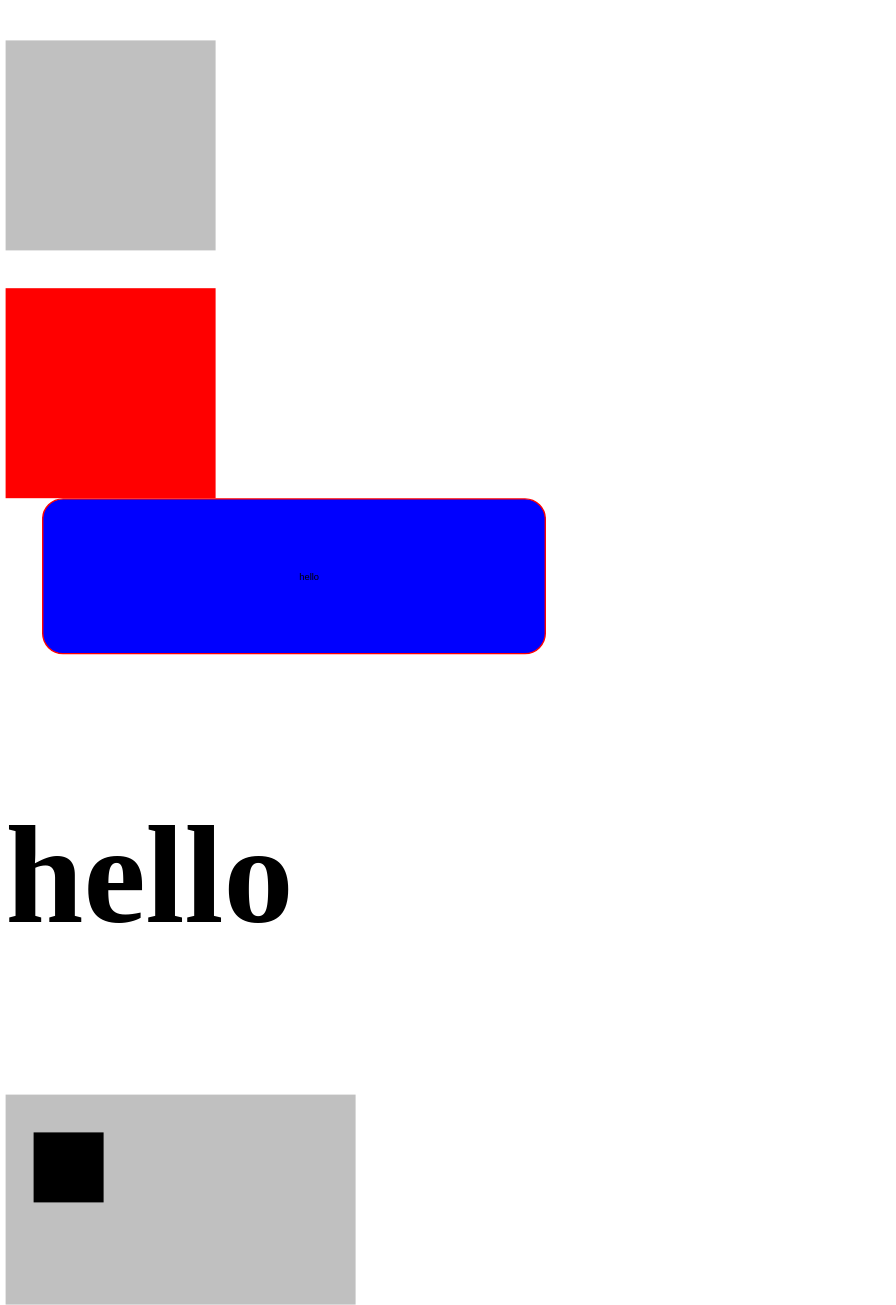
Repository: takahiro0808/kadai2
Page: html/index.html
The author's editor kept a record of every edit. The page is drawn from the files as they stood at one moment, then again after the next edit.
The browser window is 1280 px wide. The pictures show the part of the page from y = 714 to 2634 px (the page is 2578 px tall before and 2634 px after), at 70% of full size.

Above is the page before.

### html/index.html
<!DOCTYPE html>
<html lang="ja">
    <head>
        <meta charset="utf-8">
        <title> Tech Boost </title>
        <link rel="stylesheet" href="css/style.css">
    </head>
    <body>
        <h1 id="title">Hello world!!!</h1>
        <p class="description">cssの入門</p>
    </body>
　　　         <div class="box1"></div>
　　　            <div class="box2"></div>
　　　         <button>
　　　             hello
　　　         </button>
　　　            <p>hello </p>

　　　            <div class="box3">
　　　                 </div>

　　　                <div class="box4">
　　　                </div>

</html>

### html/css/style.css
         #title {
             color : red;
         }

         .description {
             color : blue;
         }

              .box1 {
               background-color: silver;
               width: 300px;
               height: 300px;
               margin-bottom: 30px;
              }

              .box2 {
              background-color: red;
              width: 300px;
              height: 300px;
              }

              button {
                  background-color: blue;
                  padding:100px 300px;
                  border:2px solid red;
                  border-radius:30px;
              }
              p {
                  font-size:200px;
                  font-weight:bold;
                  font-family:'alial';
              }

              .box3 {
                  background-color:silver;
                  width:500px;
                  height:300px;
                  float:left;
              }

              .box4 {
                  background-color:black;
                  width:100px;
                  height:100px;
                  position:relative;
                  top:30px;
                  left:40px;
              }

              span {
                  display:block;
                  font-size:30px;
              }

After the next edit:
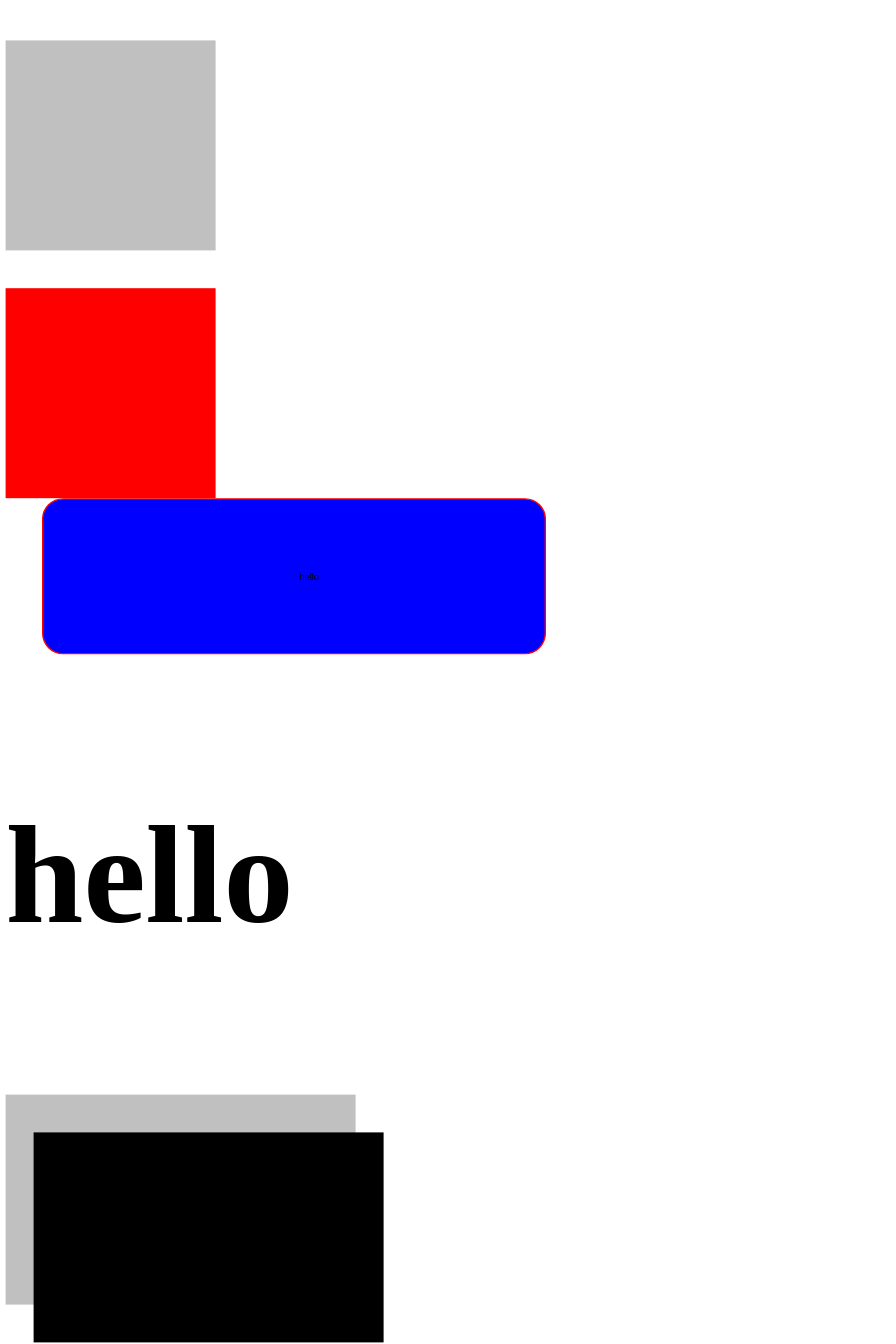
The edit:
--- a/html/css/style.css
+++ b/html/css/style.css
@@ -40,8 +40,8 @@
 
               .box4 {
                   background-color:black;
-                  width:100px;
-                  height:100px;
+                  width:500px;
+                  height:300px;
                   position:relative;
                   top:30px;
                   left:40px;
